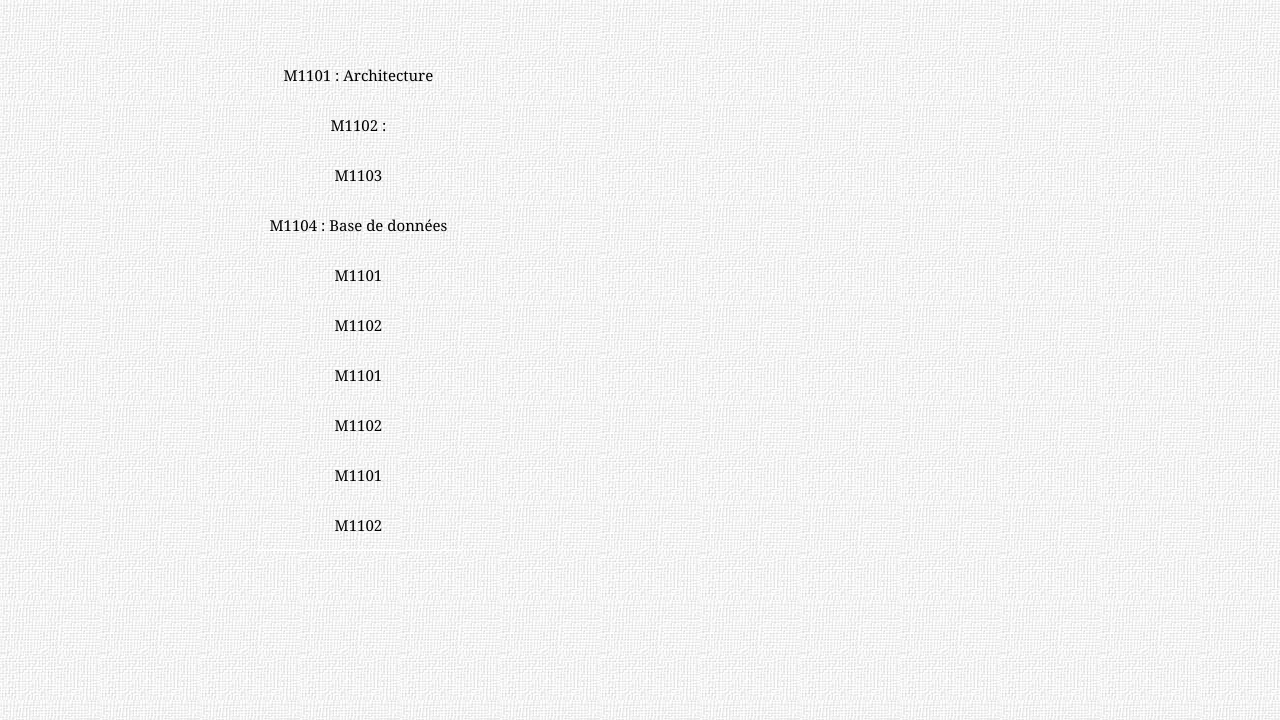
Repository: ValentinArg/PETUT
Page: http://localhost/PETUT/WEB-INF/jsp/eleve/semestre1.jsp
An editor plug-in stored every save of this project. The page is shown before and after the next save, followed by the edit.
The browser window is 1280 px wide. The pictures show the whole page.
The page is served by Tomcat 9. Nobody is signed in. Other server files are loaded and not shown. The template is opened directly, without the code that normally fills it, so the values that code supplies are empty.

Above is the page before, as saved 2016-10-01 13:56:18.

### PETUT/WebContent/WEB-INF/jsp/eleve/semestre1.jsp
<%@ page language="java" contentType="text/html; charset=ISO-8859-1"
    pageEncoding="ISO-8859-1"%>
<!DOCTYPE html PUBLIC "-//W3C//DTD HTML 4.01 Transitional//EN" "http://www.w3.org/TR/html4/loose.dtd">
<html>
<head>
<meta http-equiv="Content-Type" content="text/html; charset=ISO-8859-1">
<link rel ="stylesheet" href = "/PETUT/css/main.css"/>
<link rel ="stylesheet" href = "/PETUT/css/allSemestres.css"/>
<title>Insert title here</title>
</head>
<body>
	<div class="conteneurGeneral">
		<div class="navigation">
			<ul>
				<li class="parent" id="parent1"><p class="module">M1101 : Architecture</p></li>
				<li class="parent" id="parent2"><p class="module">M1102 : </p></li>
				<li class="parent" id="parent1"><p class="module">M1103</p></li>
				<li class="parent" id="parent2"><p class="module">M1104 : Base de données</p></li>
				<li class="parent" id="parent1"><p class="module">M1101</p></li>
				<li class="parent" id="parent2"><p class="module">M1102</p></li>
				<li class="parent" id="parent1"><p class="module">M1101</p></li>
				<li class="parent" id="parent2"><p class="module">M1102</p></li>
				<li class="parent" id="parent1"><p class="module">M1101</p></li>
				<li class="parent" id="parent2"><p class="module">M1102</p></li>
			</ul>
		</div>
	</div>

</body>
</html>

### PETUT/WebContent/css/main.css
@CHARSET "ISO-8859-1";

@CHARSET "UTF-8";
/* Général ------------------------------------------------------------------------------------- */

html {
  height: 100%;
  box-sizing: border-box;
}

*,
*:before,
*:after {
  box-sizing: inherit;
}

body {
	background-image : url(../images/fond.jpg);
	position: relative;
 	margin: 0;
  padding-bottom: 6rem;
  min-height: 100%;
}

body,p,legend, label, input {
    font: normal 8pt;
    font-family:  Georgia, serif;
}

header img {
	width:470px;
	display:inline;
}
header .logoiut{
	height:135px;
	width:215px;
}
header{

	height:135px;
	margin-left:auto;
	margin-right:auto;
	background-image : url(../images/fondbanniere.jpg);
	width:85%;
	min-width:880px;
}
nav {
	width:85%;
	min-width:880px;
	margin-left:auto;
	margin-right:auto;
	text-align:left;

}
.general{
	width:85%;
	min-width:880px;
	margin-left:auto;
	margin-right:auto;
	background-image:url(../images/fondgeneral.jpg);
	padding-top:30px;
	padding-bottom:10px;
	min-height:69vh;
	margin-bottom:-24px;
}
footer {
	width:85%;
	min-width:880px;
	margin-left:auto;
	margin-right:auto;
	font-size:80%;
	position: absolute;
  	right: 0;
  	bottom: 0;
  	left: 0;
  	padding: 1rem;
  	margin-top:0;
	background-image:url(../images/fondgeneral.jpg);
}

### PETUT/WebContent/css/allSemestres.css
.parent{

	list-style:none;
	font-size:15px;
	cursor:pointer;
	width:100%;
	display:inline-block;

}

.navigation ul{
	width:100%;
	display:inline-block;

}




ul{
	margin:0;
	padding:0;
}

.ue {

	border-top:solid 1px white;
	display:block;
	padding:10px;
	text-align:center;
	background-color:#4CAF50;
	margin:0;
}

.ue:hover{
	color:white;
}

.module p{

	border:none;
	border-bottom:solid 1px white;
	display: block;
	padding:10px;
	text-align:center;
	background-color:#333;
	margin:0;


}

.module p:hover{
	color:white;
	cursor:pointer;
}

.semestres{
	background-color:#4CAF50;

}

a{
	cursor:pointer;
}





body{

	margin:0;
	padding:0;
}



.navigation{

	display:inline-block;
	list-style : none;
	margin:0;
	padding:0;
	position: relative;
	z-index:5;
	width:20%;
	border-bottom:solid 1px white;
	text-align:center;
	height:95.5%;
	max-height:95.3%;
	overflow: auto;


}

.conteneurGeneral{
	text-align:justify;
	display:inline-block;
	height:100%;
	position:relative;
	width: 80%;
	margin:0;
	margin-left:20%;
	padding:0;
	margin-top:50px;
	vertical-align:top;

}

.selection{
	display:block;
	vertical-align:top;
	list-style : none;
	margin:0;
	background: Grey;
	z-index:5;
	height:4.7%;
	border-bottom:solid 1px white;
	text-align: center;

}



.type {
	display: inline-block;
	padding:8px;
	font-size:20px;
	height:20px;
	vertical-align:top;
	width:20%;

}

.type p {
	margin:0;
	padding:0;
	color:white;
	cursor:pointer;
}

.type:hover{
	background:#333;

}

.tableauTopic{
	text-align: center;
	position:relative;
	display:block;

}

After the next save:
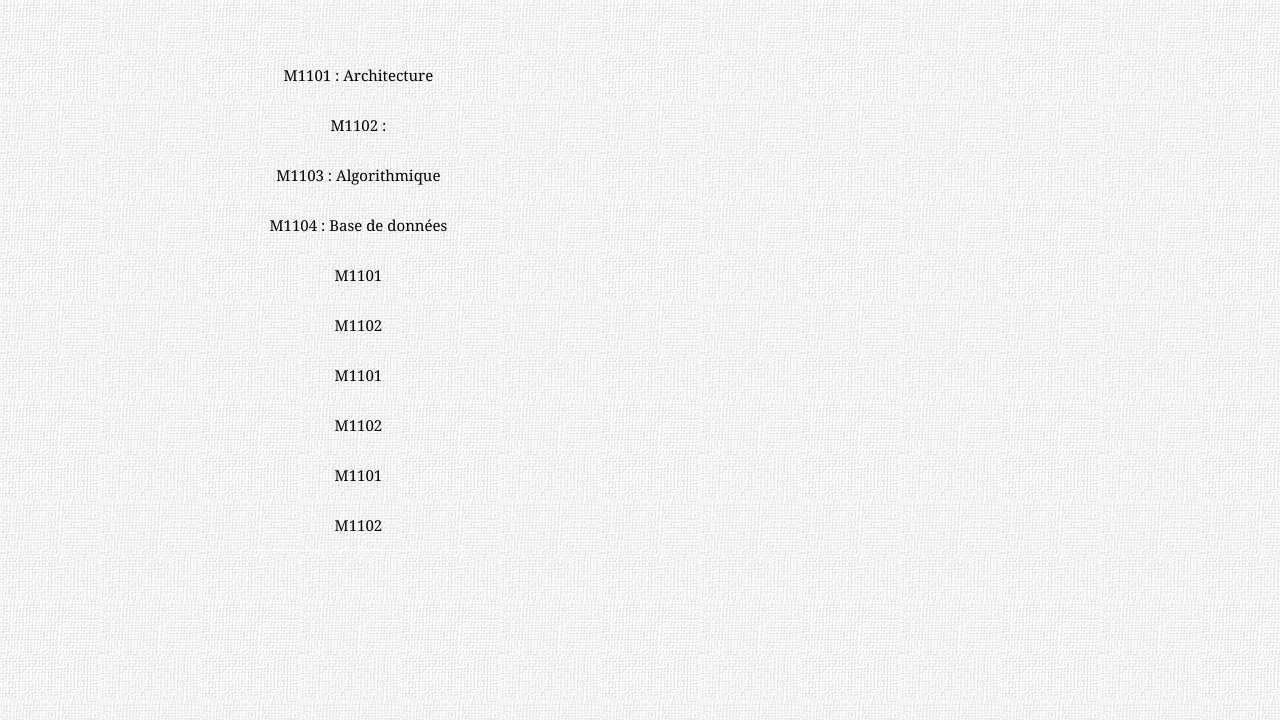
Saved 21 s later.
--- a/PETUT/WebContent/WEB-INF/jsp/eleve/semestre1.jsp
+++ b/PETUT/WebContent/WEB-INF/jsp/eleve/semestre1.jsp
@@ -14,7 +14,7 @@
 			<ul>
 				<li class="parent" id="parent1"><p class="module">M1101 : Architecture</p></li>
 				<li class="parent" id="parent2"><p class="module">M1102 : </p></li>
-				<li class="parent" id="parent1"><p class="module">M1103</p></li>
+				<li class="parent" id="parent1"><p class="module">M1103 : Algorithmique</p></li>
 				<li class="parent" id="parent2"><p class="module">M1104 : Base de données</p></li>
 				<li class="parent" id="parent1"><p class="module">M1101</p></li>
 				<li class="parent" id="parent2"><p class="module">M1102</p></li>
